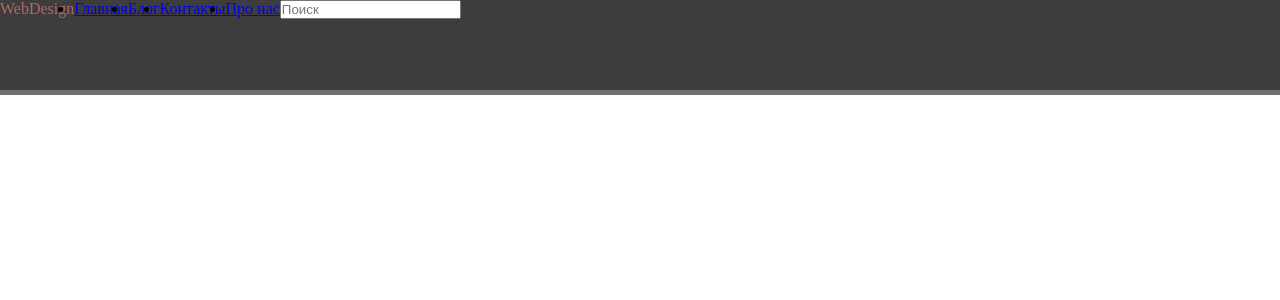
Repository: andbaik/Itprog
Page: index.htm
The author's editor kept a copy of each file at every save. The page is drawn from the files as they stood at one save, then again after the next save.
The browser window is 1280 px wide. The pictures show the whole page.

Above is the page before, as saved 2021-01-19 15:40:07.

### index.htm
<!DOCTYPE html>
<html lang="en">
<head>
    <meta charset="UTF-8">
    <meta name="viewport" content="width=device-width, initial-scale=1.0">
    <link rel="stylesheet" href="css/style.css">
    <title>Моя страница</title>
</head>
<body>
    <div class="header">
        <div class="logo">
            <a href="#">WebDesign</a>
        </div>
        <div class="nav">
                <ul>
                    <li><a href="#">Главная</a></li>
                    <li><a href="#">Блог</a></li>
                    <li><a href="#">Контакты</a></li>
                    <li><a href="#">Про нас</a></li>
                </ul>
        </div>
        <div class="search">
            <form action="" method="POST" id="search" name="search">
                <input type="text" placeholder="Поиск">
            </form>
        </div>
    </div>
</body>
</html>

### css/style.css
* {
    margin: 0;
    padding: 0;
}

.header {
    vertical-align: center;
    display: flex;
    width: 100%;
    height: 90px;
    background-color: #3D3D3D;
    border-bottom: 5px solid #6F6F6F;

}
.logo {
    width: 300px
    padding: ;
}
.logo a{
    color: #B36767;
    text-decoration: none;
}
.header ul {
    display: flex;
}

After the next save:
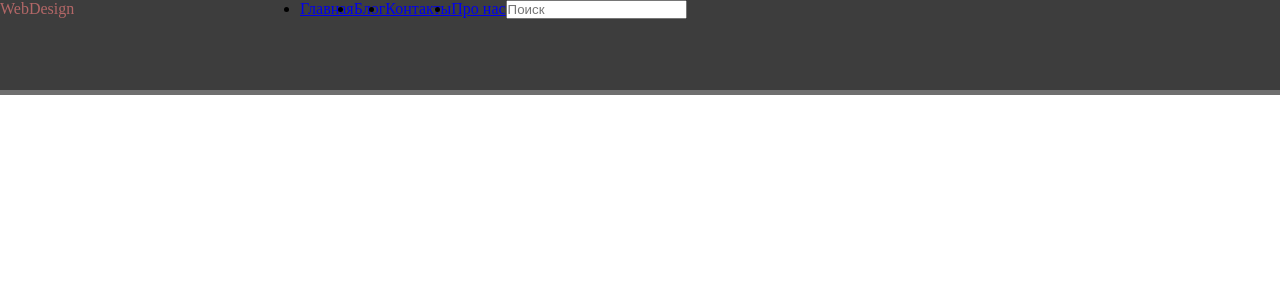
Saved 4 s later.
--- a/css/style.css
+++ b/css/style.css
@@ -13,7 +13,7 @@
 
 }
 .logo {
-    width: 300px
+    width: 300px;
     padding: ;
 }
 .logo a{
